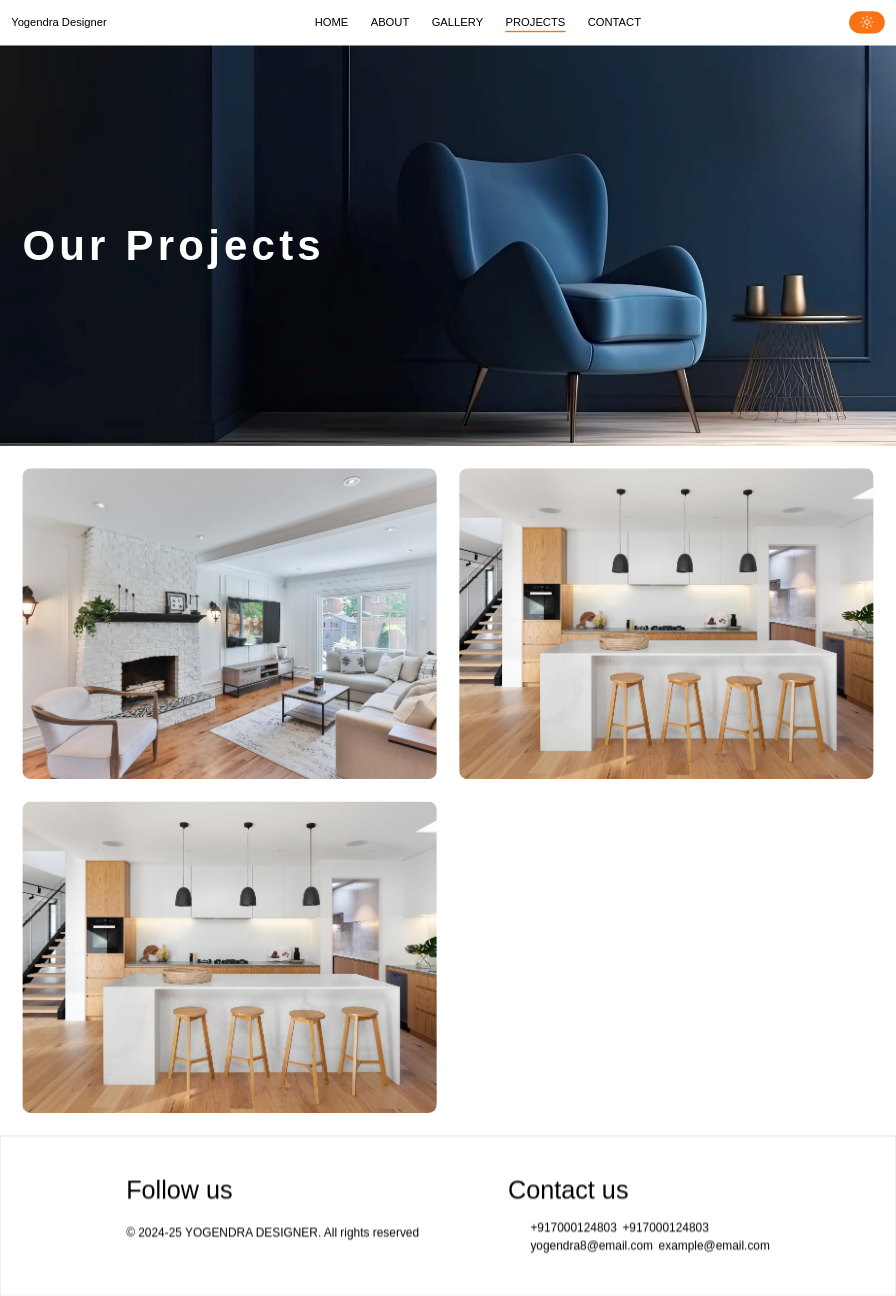
Repository: hitoutvrma/MB_designs-Interior-Designing-website
Page: /projects
An editor plug-in stored every save of this project. The page is shown before and after the next save, followed by the edit.
The browser window is 1280 px wide. The pictures show the whole page, at 70% of full size.
The project was rebuilt for these pictures with package versions that can differ from the ones it lists, and the page was loaded fresh each time. The framework's server and built-in components were replaced by stand-ins that run in the browser. Also part of the build but not shown: next.config.mjs.

Above is the page before, as saved 2024-09-15 21:14:35.

### app/layout.js
import localFont from "next/font/local";
import { Sen } from "next/font/google";
import "./globals.css";
import Header from "@/components/ui/Header";
import Footer from "@/components/ui/Footer";
import { ThemeProvider } from "@/components/ThemeProvider";

const josef = Sen({
  subsets:["latin"],
  weight:["400","500","600","700"],
  display:"swap"
})

// const geistSans = localFont({
//   src: "./fonts/GeistVF.woff",
//   variable: "--font-geist-sans",
//   weight: "100 900",
// });
// const geistMono = localFont({
//   src: "./fonts/GeistMonoVF.woff",
//   variable: "--font-geist-mono",
//   weight: "100 900",
// });

export const metadata = {
  title: "Create Next App",
  description: "Generated by create next app",
};

export default function RootLayout({ children }) {
  return (
    <html lang="en" suppressHydrationWarning>
      <body
        className={`${josef.variable} ${josef.variable} antialiased`}
      >
        <ThemeProvider attribute='class' defaultTheme='light'>

        <Header/>
        {children}
        <Footer/>
        </ThemeProvider>
      </body>
    </html>
  );
}

### app/projects/page.jsx
import Image from "next/image";

const projcets = [
  {
    id:1,
    name:'drawing room for family time',
    description:'loasfd asfd asf sadf lksdjf  aslsdkdfj sasdfj ;lfj sf aslfk s dadfklj',
    image:'/image/project3.jpg',
    link:'',
  },
  {
    id:2,
    name:'drawing room for family time',
    description:'loasfd asfd asf sadf lksdjf  aslsdkdfj sasdfj ;lfj sf aslfk s dadfklj',
    image:'/image/project2.jpg',
    link:'',
  },
  {
    id:3,
    name:'drawing room for family time',
    description:'loasfd asfd asf sadf lksdjf  aslsdkdfj sasdfj ;lfj sf aslfk s dadfklj',
    image:'/image/project2.jpg',
    link:'',
  }
];

const page = () => {
  return (
    <div>

    <div className="bg-[url('/image/backgroundproject.jpg')] bg-center bg-cover">
     <h1 className="container py-64 text-6xl font-semibold tracking-widest text-white">Our Projects</h1>
    </div>

    <div className="container grid lg:grid-cols-2 gap-8 py-8">
      {
        projcets.map((project) => (
          <div key={project.id} className="relative overflow-hidden rounded-xl group">
            <div>
              <Image src={project.image} width={480} height={380} alt="" className="w-full"/>
            </div>
            <div className="absolute bottom-0 right-0 bg-white/90 dark:bg-black/40 flex-col items-center justify-end w-96 gap-32 p-12 text-xl transition duration-300 ease-in-out translate-y-full from-transparent to-black group-hover:translate-y-0 ">
              <h1 className="text-2xl font-semibold"> {project.name}</h1>
              <p className="py-4">{project.description}</p>
            </div>
          </div>
        ))
      }

    </div>

    </div>

  )
}

export default page

### app/globals.css
@tailwind base;
@tailwind components;
@tailwind utilities;


body {
  color: var(--foreground);
  background: var(--background);
  font-family: Arial, Helvetica, sans-serif;
}

@layer utilities {
  .text-balance {
    text-wrap: balance;
  }
}


@layer base {
  :root {
    --background: 0 0% 100%;
    --foreground: 20 14.3% 4.1%;
    --card: 0 0% 100%;
    --card-foreground: 20 14.3% 4.1%;
    --popover: 0 0% 100%;
    --popover-foreground: 20 14.3% 4.1%;
    --primary: 24.6 95% 53.1%;
    --primary-foreground: 60 9.1% 97.8%;
    --secondary: 60 4.8% 95.9%;
    --secondary-foreground: 24 9.8% 10%;
    --muted: 60 4.8% 95.9%;
    --muted-foreground: 25 5.3% 44.7%;
    --accent: 60 4.8% 95.9%;
    --accent-foreground: 24 9.8% 10%;
    --destructive: 0 84.2% 60.2%;
    --destructive-foreground: 60 9.1% 97.8%;
    --border: 20 5.9% 90%;
    --input: 20 5.9% 90%;
    --ring: 24.6 95% 53.1%;
    --radius: 0.5rem;
    --chart-1: 12 76% 61%;
    --chart-2: 173 58% 39%;
    --chart-3: 197 37% 24%;
    --chart-4: 43 74% 66%;
    --chart-5: 27 87% 67%;
  }

  .dark {
    --background: 20 14.3% 4.1%;
    --foreground: 60 9.1% 97.8%;
    --card: 20 14.3% 4.1%;
    --card-foreground: 60 9.1% 97.8%;
    --popover: 20 14.3% 4.1%;
    --popover-foreground: 60 9.1% 97.8%;
    --primary: 20.5 90.2% 48.2%;
    --primary-foreground: 60 9.1% 97.8%;
    --secondary: 12 6.5% 15.1%;
    --secondary-foreground: 60 9.1% 97.8%;
    --muted: 12 6.5% 15.1%;
    --muted-foreground: 24 5.4% 63.9%;
    --accent: 12 6.5% 15.1%;
    --accent-foreground: 60 9.1% 97.8%;
    --destructive: 0 72.2% 50.6%;
    --destructive-foreground: 60 9.1% 97.8%;
    --border: 12 6.5% 15.1%;
    --input: 12 6.5% 15.1%;
    --ring: 20.5 90.2% 48.2%;
    --chart-1: 220 70% 50%;
    --chart-2: 160 60% 45%;
    --chart-3: 30 80% 55%;
    --chart-4: 280 65% 60%;
    --chart-5: 340 75% 55%;
  }
}



@layer base {
  * {
    @apply border-border;
  }
  body {
    @apply bg-background text-foreground;
  }
}

.h1{
  @apply text-6xl xl:text-[72px] xl:leading-[80px] tracking-[-2px] font-bold mb-5 mt-4;
}

### components/ui/Header.jsx
'use client';
import React from 'react'
 import ThemeToggler from '../ThemeToggler'
import MobileNavigation from './MobileNavigation';
import Nav from './Nav';
const Header = () => {
  return (
    <div className='flex justify-between p-4 items-center '>
      <div>Yogendra Designer</div>
      <Nav containerStyles='hidden xl:flex gap-8 items-center' linkStyles='relative hover:text-primary transition-all' underlineStyles ='absolute left-0 top-full h-[2px] bg-primary w-full'
      />
      <div className='flex gap-2 items-center'>

      <ThemeToggler/>
      <div className='xl:hidden'>

      <MobileNavigation/>
      </div>
      </div>
    </div>
  )
}

export default Header

### components/ui/Footer.jsx
import React from 'react'

const Footer = () => {
  return (

    <div class="flex justify-between border border-t-2 backdrop-blur-lg px-[14vw] py-[8vh] text-[17px] ">
  <div>
    <head>
    <link rel="stylesheet" href="https://cdnjs.cloudflare.com/ajax/libs/font-awesome/6.0.0-beta3/css/all.min.css"/>

    </head>
    <h1 class="pb-5 text-4xl">Follow us</h1>
    <div className='flex gap-x-6 pb-2 text-4xl'>
    <a href="https://instagram/hitoutvrma" className="text-gray-600 hover:text-pink-500 transition-transform duration-300 transform hover:scale-110"><i class="fa-brands fa-instagram" ></i></a>
      <a href="https://www.linkedin.com/in/hitesh-verma-3695b0254/" className="text-gray-600 hover:text-blue-700 transition-transform duration-300 transform hover:scale-110"><i class="fa-brands fa-linkedin"></i></a>
      <a href="https://x.com/hitesh_404" className="text-gray-600 hover:text-blue-700 transition-transform duration-300 transform hover:scale-110"><i class="fa-brands fa-facebook"></i></a>
    </div>
    <div>&copy; 2024-25 YOGENDRA DESIGNER. All rights reserved</div>
  </div>
  <div>
    <h1 class="pb-5 text-4xl">Contact us</h1>
    <div class="flex gap-x-2">
      <svg class="text" xmlns="http://www.w3.org/2000/svg" viewBox="0 0 24 24" width="24" height="24" fill="white">
        <path d="M6.62 10.79a15.533 15.533 0 006.59 6.59l2.2-2.2a1 1 0 011.09-.27c1.12.37 2.33.57 3.6.57a1 1 0 011 1V20a1 1 0 01-1 1C10.29 21 3 13.71 3 5a1 1 0 011-1h3.01a1 1 0 011 1c0 1.27.2 2.48.57 3.6a1 1 0 01-.27 1.09l-2.2 2.2z" />
      </svg>
      <a href="tel:+917000124803" class="hover:underline">+917000124803</a>
      <a href="tel:+917000124803" class="hover:underline">+917000124803</a>
    </div>
    <div class="flex gap-x-2">
      <svg xmlns="http://www.w3.org/2000/svg" viewBox="0 0 24 24" width="24" height="24" fill="white">
        <path d="M20 4H4a2 2 0 00-2 2v12a2 2 0 002 2h16a2 2 0 002-2V6a2 2 0 00-2-2zM4 6h16v2l-8 5-8-5V6zm0 12V9l7.39 4.62a1 1 0 001.22 0L20 9v9H4z" />
      </svg>
      <a href="mailto:example@email.com" class="hover:underline">yogendra8@email.com</a>

      <a href="mailto:example@email.com" class="hover:underline">example@email.com</a>
    </div>
  </div>
</div>

  )
}

export default Footer

### components/ThemeProvider.jsx
'use client';

import { ThemeProvider as NextThemesProvider } from "next-themes";

export function ThemeProvider({ children, ...props }) {
    return <NextThemesProvider {...props}>
        { children }
    </NextThemesProvider>
}

### components/ThemeToggler.jsx
import { Button } from "./ui/button";
import { useTheme } from "next-themes";
import { SunIcon, MoonIcon } from "@radix-ui/react-icons";

const ThemeToggler = () => {
    const { theme, setTheme } = useTheme();

  return (
    <div>
      <Button  onClick={()=>setTheme(theme==='dark'?'light':'dark')}>
        <SunIcon className="h-[1.2rem] w-[1.2rem] scale-100 rotate-0 transition-all dark:rotate-90 dark:scale-0"/>
        <MoonIcon className="w-[1rem] absolute scale-0 rotate-90 transition-all dark:rotate-0 dark:scale-100"/>
      </Button>
    </div>
  )
}

export default ThemeToggler

### components/ui/MobileNavigation.jsx
import React from 'react'

import {Sheet, SheetContent, SheetTrigger} from '@/components/ui/sheet';
import Nav from './Nav';
import { AlignJustify } from 'lucide-react';

const MobileNavigation = () => {
  return (
    <Sheet>
        <SheetTrigger asChild>
            <AlignJustify className='cursor-pointer'/>
        </SheetTrigger>
        <SheetContent>
            <div className='p-3 flex flex-col items-center'>
                <div>
                    <div>Yogendra designer</div>
                    <Nav containerStyles='flex flex-col items-center gap-y-2' linkStyles='text-1xl '/>
                </div>
            </div>
        </SheetContent>
    </Sheet>
  )
}

export default MobileNavigation

### components/ui/Nav.jsx
//Hooks

import { usePathname } from "next/navigation";
import { motion } from "framer-motion";
import Link from "next/link";

const links = [
    {
        path:'/',name:'home'
    },
    {
        path:'/about',name:'about'
    },
    {
        path:'/gallery',name:'gallery'
    },
    {
        path:'/projects',name:'projects'
    },
    {
        path:'/contact',name:'contact'
    },
]
const Nav = ({ containerStyles, linkStyles, underlineStyles } ) => {

    const path = usePathname();
  return (
    <div className={`${containerStyles}`} >
        {
            links.map((link,index) =>{
                return(
                    <Link href={link.path}
                    key={index} className={`uppercase ${linkStyles}`}>
                        {link.path===path && (
                            <motion.span
                            initial={{y:'-100%'}}
                            animate={{y:0}}
                            transition={{ type:'tween'}}
                            layoutId="underline"
                            className={`${underlineStyles}`}
                            />
                        )}
                        {link.name}

                    </Link>
                )
            })
        }
      </div>
  )
}

export default Nav

### components/ui/button.jsx
import * as React from "react"
import { Slot } from "@radix-ui/react-slot"
import { cva } from "class-variance-authority";

import { cn } from "@/lib/utils"

const buttonVariants = cva(
  "inline-flex items-center justify-center whitespace-nowrap rounded-full text-base font-medium ring-offset-background transition-colors focus-visible:outline-none focus-visible:ring-2 focus-visible:ring-ring focus-visible:ring-offset-2 disabled:pointer-events-none disabled:opacity-50",
  {
    variants: {
      variant: {
        default: "bg-primary text-primary-foreground hover:bg-primary/90",
        destructive:
          "bg-destructive text-destructive-foreground hover:bg-destructive/90",
        outline:
          "border border-input bg-background hover:bg-accent hover:text-accent-foreground",
        secondary:
          "bg-secondary text-secondary-foreground hover:bg-secondary/80",
        ghost: "hover:bg-accent hover:text-accent-foreground",
        link: "text-primary underline-offset-4 hover:underline",
      },
      size: {
        default: "sm:h-[2.5vw] h-[7vw] px-4 py-2",
        sm: "h-9 rounded-md px-3",
        lg: "h-11 rounded-md px-8",
        icon: "h-10 w-10",
      },
    },
    defaultVariants: {
      variant: "default",
      size: "default",
    },
  }
)

const Button = React.forwardRef(({ className, variant, size, asChild = false, ...props }, ref) => {
  const Comp = asChild ? Slot : "button"
  return (
    (<Comp
      className={cn(buttonVariants({ variant, size, className }))}
      ref={ref}
      {...props} />)
  );
})
Button.displayName = "Button"

export { Button, buttonVariants }

### components/ui/sheet.jsx
"use client";
import * as React from "react"
import * as SheetPrimitive from "@radix-ui/react-dialog"
import { cva } from "class-variance-authority";
import { X } from "lucide-react"

import { cn } from "@/lib/utils"

const Sheet = SheetPrimitive.Root

const SheetTrigger = SheetPrimitive.Trigger

const SheetClose = SheetPrimitive.Close

const SheetPortal = SheetPrimitive.Portal

const SheetOverlay = React.forwardRef(({ className, ...props }, ref) => (
  <SheetPrimitive.Overlay
    className={cn(
      "fixed inset-0 z-50 bg-black/80  data-[state=open]:animate-in data-[state=closed]:animate-out data-[state=closed]:fade-out-0 data-[state=open]:fade-in-0",
      className
    )}
    {...props}
    ref={ref} />
))
SheetOverlay.displayName = SheetPrimitive.Overlay.displayName

const sheetVariants = cva(
  "fixed z-50 gap-4 bg-background p-6 shadow-lg transition ease-in-out data-[state=open]:animate-in data-[state=closed]:animate-out data-[state=closed]:duration-300 data-[state=open]:duration-500",
  {
    variants: {
      side: {
        top: "inset-x-0 top-0 border-b data-[state=closed]:slide-out-to-top data-[state=open]:slide-in-from-top",
        bottom:
          "inset-x-0 bottom-0 border-t data-[state=closed]:slide-out-to-bottom data-[state=open]:slide-in-from-bottom",
        left: "inset-y-0 left-0 h-full w-3/4 border-r data-[state=closed]:slide-out-to-left data-[state=open]:slide-in-from-left sm:max-w-sm",
        right:
          "inset-y-0 right-0 h-full w-3/4  border-l data-[state=closed]:slide-out-to-right data-[state=open]:slide-in-from-right sm:max-w-sm",
      },
    },
    defaultVariants: {
      side: "right",
    },
  }
)

const SheetContent = React.forwardRef(({ side = "right", className, children, ...props }, ref) => (
  <SheetPortal>
    <SheetOverlay />
    <SheetPrimitive.Content ref={ref} className={cn(sheetVariants({ side }), className)} {...props}>
      {children}
      <SheetPrimitive.Close
        className="absolute right-4 top-4 rounded-sm opacity-70 ring-offset-background transition-opacity hover:opacity-100 focus:outline-none focus:ring-2 focus:ring-ring focus:ring-offset-2 disabled:pointer-events-none data-[state=open]:bg-secondary">
        <X className="h-4 w-4" />
        <span className="sr-only">Close</span>
      </SheetPrimitive.Close>
    </SheetPrimitive.Content>
  </SheetPortal>
))
SheetContent.displayName = SheetPrimitive.Content.displayName

const SheetHeader = ({
  className,
  ...props
}) => (
  <div
    className={cn("flex flex-col space-y-2 text-center sm:text-left", className)}
    {...props} />
)
SheetHeader.displayName = "SheetHeader"

const SheetFooter = ({
  className,
  ...props
}) => (
  <div
    className={cn("flex flex-col-reverse sm:flex-row sm:justify-end sm:space-x-2", className)}
    {...props} />
)
SheetFooter.displayName = "SheetFooter"

const SheetTitle = React.forwardRef(({ className, ...props }, ref) => (
  <SheetPrimitive.Title
    ref={ref}
    className={cn("text-lg font-semibold text-foreground", className)}
    {...props} />
))
SheetTitle.displayName = SheetPrimitive.Title.displayName

const SheetDescription = React.forwardRef(({ className, ...props }, ref) => (
  <SheetPrimitive.Description
    ref={ref}
    className={cn("text-sm text-muted-foreground", className)}
    {...props} />
))
SheetDescription.displayName = SheetPrimitive.Description.displayName

export {
  Sheet,
  SheetPortal,
  SheetOverlay,
  SheetTrigger,
  SheetClose,
  SheetContent,
  SheetHeader,
  SheetFooter,
  SheetTitle,
  SheetDescription,
}

### tailwind.config.js
/** @type {import('tailwindcss').Config} */
module.exports = {
	darkMode: ["class"], // Dark mode setting
	content: [
	  "./pages/**/*.{js,ts,jsx,tsx,mdx}",
	  "./components/**/*.{js,ts,jsx,tsx,mdx}",
	  "./app/**/*.{js,ts,jsx,tsx,mdx}",
	],
	theme: {
	  // Container customization
	  container: {
		center: true, // Centers the container horizontally
		padding: '2rem', // Adds 1rem of padding (16px) on all sides
		screens: {
		  sm: '100%',  // Container takes 100% width on small screens
		  md: '100%',  // Container takes 100% width on medium screens
		  lg: '1024px', // Container is 1024px wide on large screens
		  xl: '1280px', // Container is 1280px wide on extra-large screens
		  '2xl': '1536px', // Container is 1536px wide on 2XL screens
		},
	  },
	  extend: {
		// Extending color palette
		colors: {
		  background: 'hsl(var(--background))',
		  foreground: 'hsl(var(--foreground))',
		  card: {
			DEFAULT: 'hsl(var(--card))',
			foreground: 'hsl(var(--card-foreground))',
		  },
		  popover: {
			DEFAULT: 'hsl(var(--popover))',
			foreground: 'hsl(var(--popover-foreground))',
		  },
		  primary: {
			DEFAULT: 'hsl(var(--primary))',
			foreground: 'hsl(var(--primary-foreground))',
		  },
		  secondary: {
			DEFAULT: 'hsl(var(--secondary))',
			foreground: 'hsl(var(--secondary-foreground))',
		  },
		  muted: {
			DEFAULT: 'hsl(var(--muted))',
			foreground: 'hsl(var(--muted-foreground))',
		  },
		  accent: {
			DEFAULT: 'hsl(var(--accent))',
			foreground: 'hsl(var(--accent-foreground))',
		  },
		  destructive: {
			DEFAULT: 'hsl(var(--destructive))',
			foreground: 'hsl(var(--destructive-foreground))',
		  },
		  border: 'hsl(var(--border))',
		  input: 'hsl(var(--input))',
		  ring: 'hsl(var(--ring))',
		  chart: {
			'1': 'hsl(var(--chart-1))',
			'2': 'hsl(var(--chart-2))',
			'3': 'hsl(var(--chart-3))',
			'4': 'hsl(var(--chart-4))',
			'5': 'hsl(var(--chart-5))',
		  },
		},
		// Extending border radius
		borderRadius: {
		  lg: 'var(--radius)',
		  md: 'calc(var(--radius) - 2px)',
		  sm: 'calc(var(--radius) - 4px)',
		},
	  },
	},
	plugins: [require("tailwindcss-animate")],
  };

Loaded but not shown: lib/utils.js (common file)

After the next save:
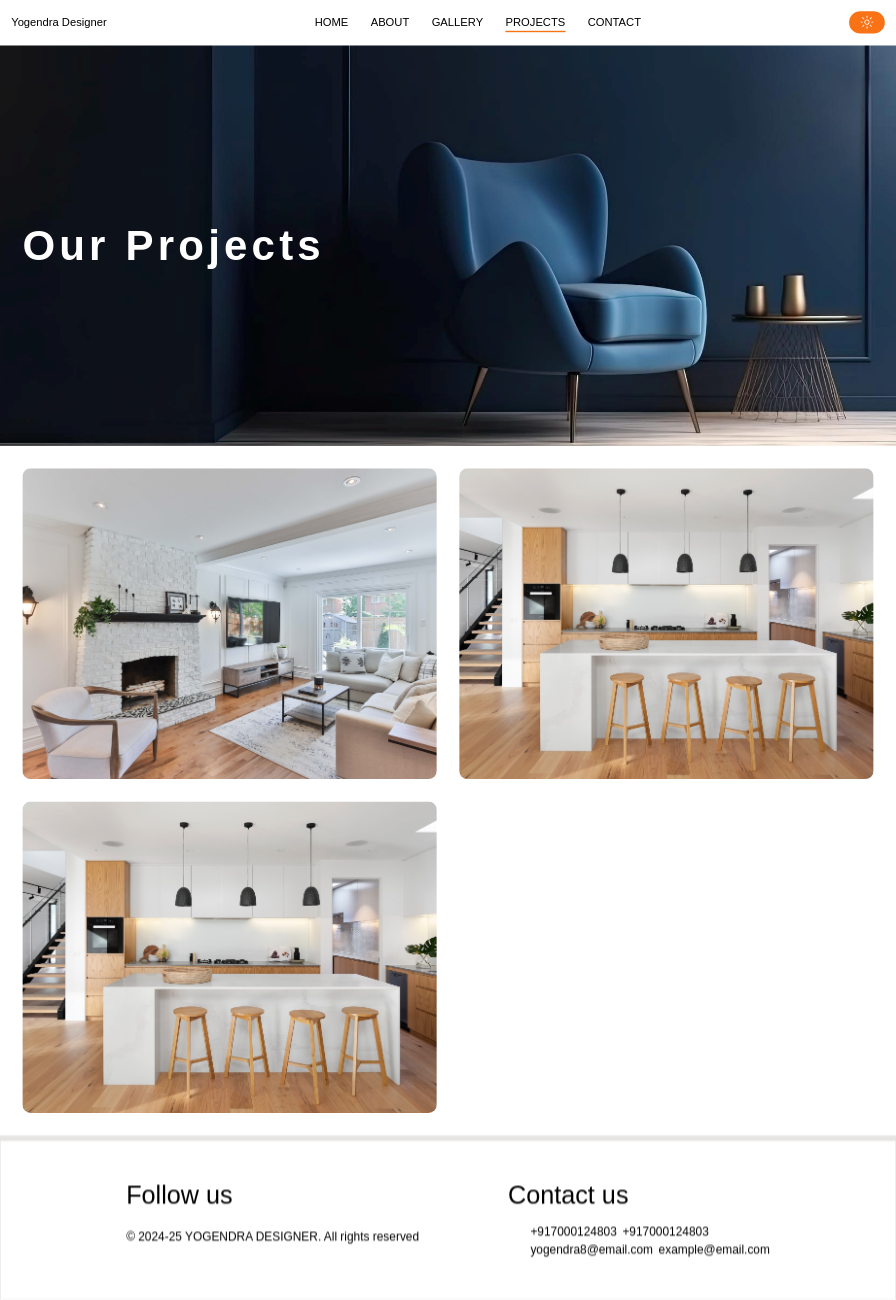
Saved 6 s later.
--- a/components/ui/Footer.jsx
+++ b/components/ui/Footer.jsx
@@ -3,7 +3,7 @@
 const Footer = () => {
   return (
 
-    <div class="flex justify-between border border-t-2 backdrop-blur-lg px-[14vw] py-[8vh] text-[17px] ">
+    <div class="flex justify-between border border-t-8 backdrop-blur-lg px-[14vw] py-[8vh] text-[17px] ">
   <div>
     <head>
     <link rel="stylesheet" href="https://cdnjs.cloudflare.com/ajax/libs/font-awesome/6.0.0-beta3/css/all.min.css"/>

After the save that followed:
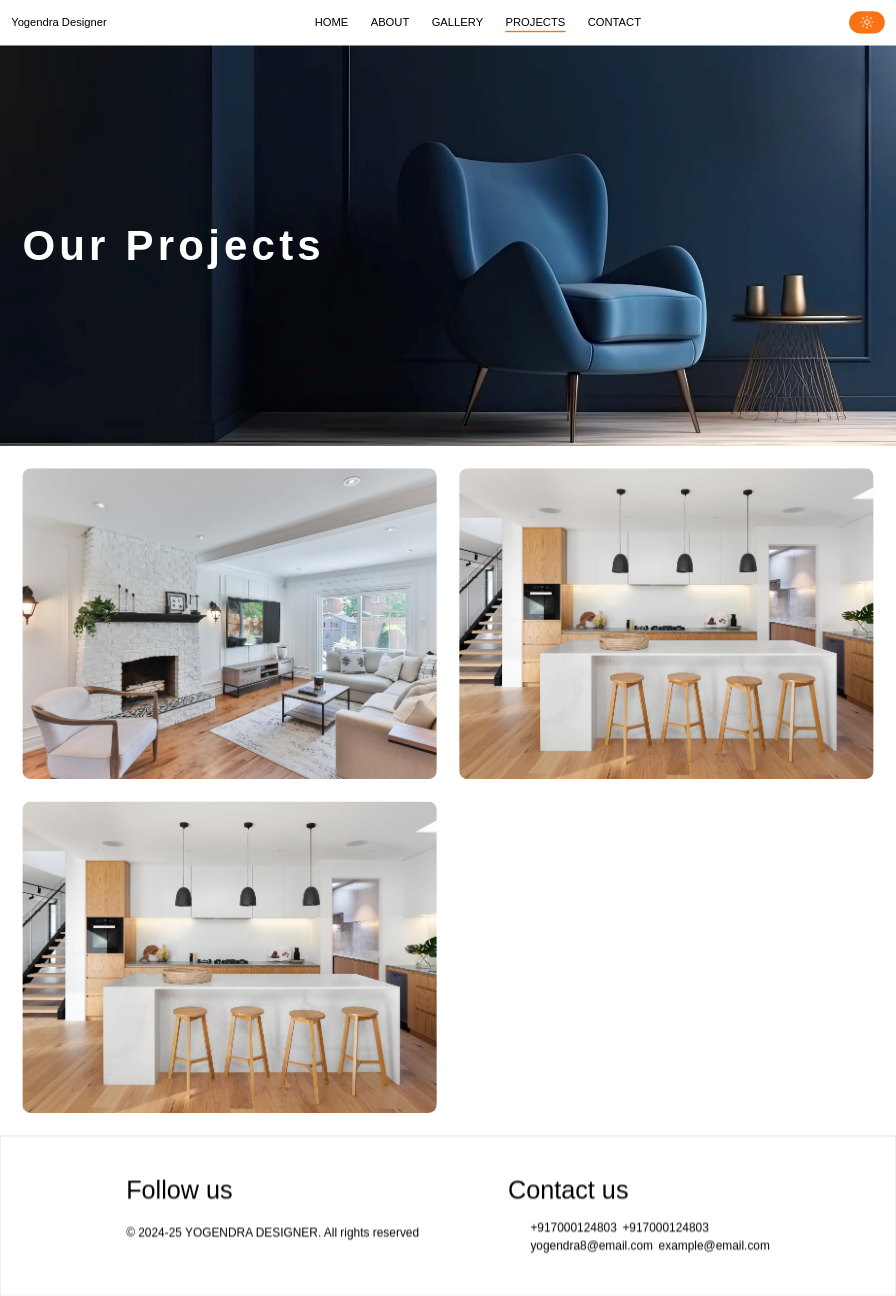
Saved 6 s later.
--- a/components/ui/Footer.jsx
+++ b/components/ui/Footer.jsx
@@ -3,7 +3,7 @@
 const Footer = () => {
   return (
 
-    <div class="flex justify-between border border-t-8 backdrop-blur-lg px-[14vw] py-[8vh] text-[17px] ">
+    <div class="flex justify-between border border-t-2 backdrop-blur-lg px-[14vw] py-[8vh] text-[17px] ">
   <div>
     <head>
     <link rel="stylesheet" href="https://cdnjs.cloudflare.com/ajax/libs/font-awesome/6.0.0-beta3/css/all.min.css"/>
